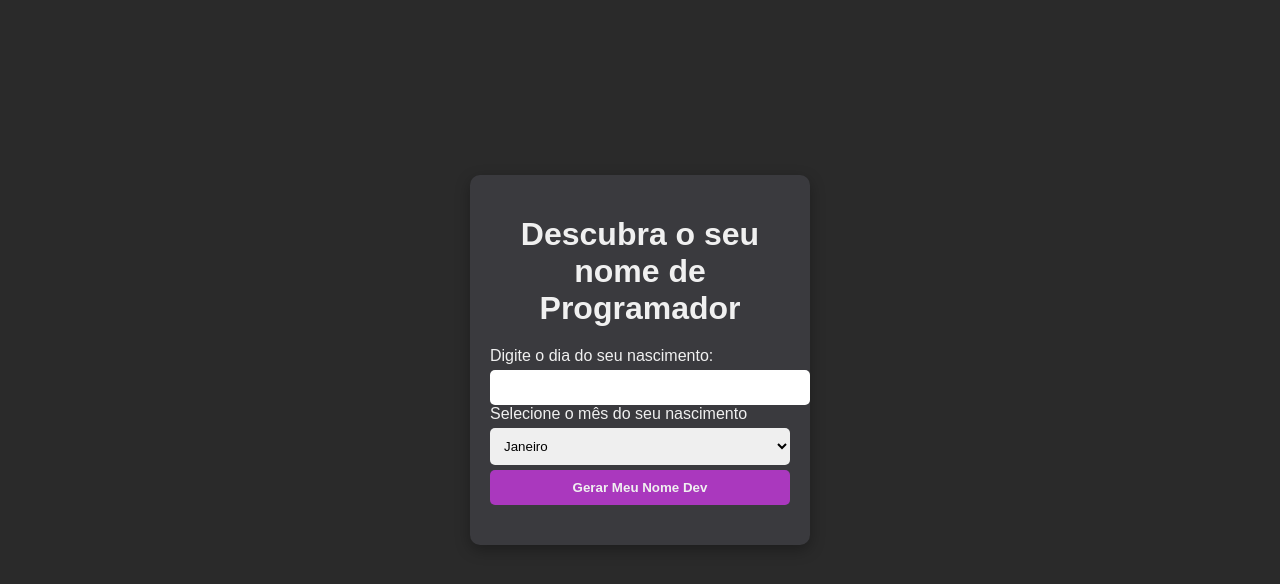
Repository: analessp/seu-nome-dev
Page: index.html
These files come from the project's save history. The page is drawn as it stood at one moment and after the next save; the edit follows.
The browser window is 1280 px wide. The pictures show the whole page.

Above is the page before, as saved 2025-05-13 11:29:08.

After the next save:
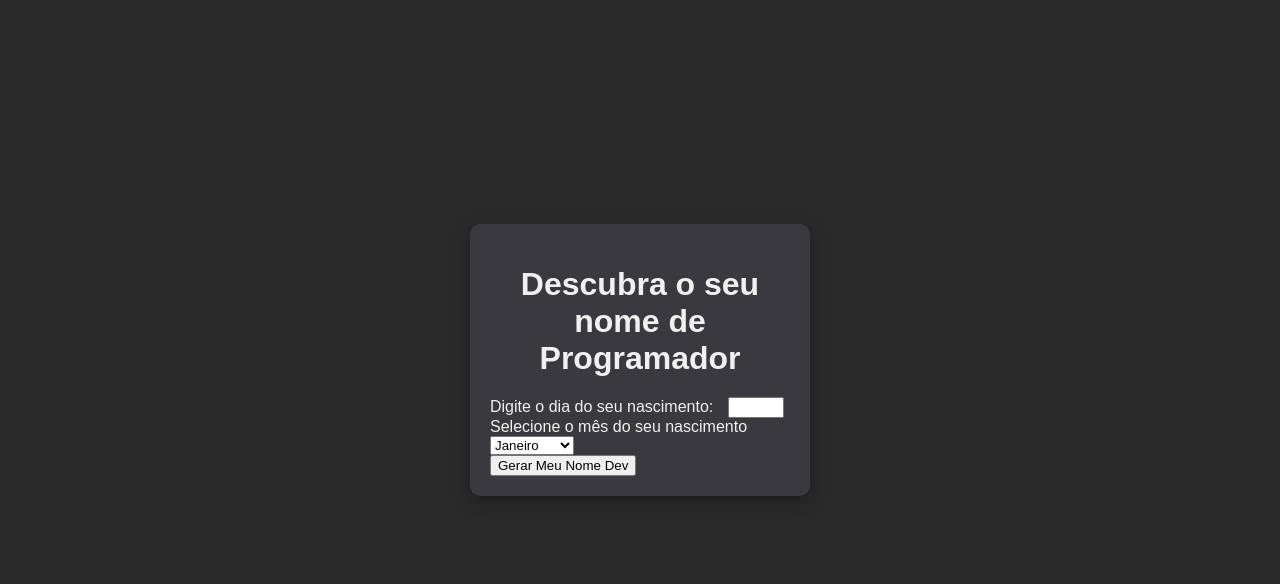
Saved 15 s later.
--- a/styles.css
+++ b/styles.css
@@ -28,15 +28,7 @@ h1 {
     text-align: center;
 }
 
-input, select, button {
-    cursor: pointer;
-    padding: 10px;
-    margin-top: 5px;
-    width: 100%;
-    border-radius: 5px;
-    border: none;
-    outline: none;
-}
+.form-group label {
 
 button {
     background-color: #aa38be;
